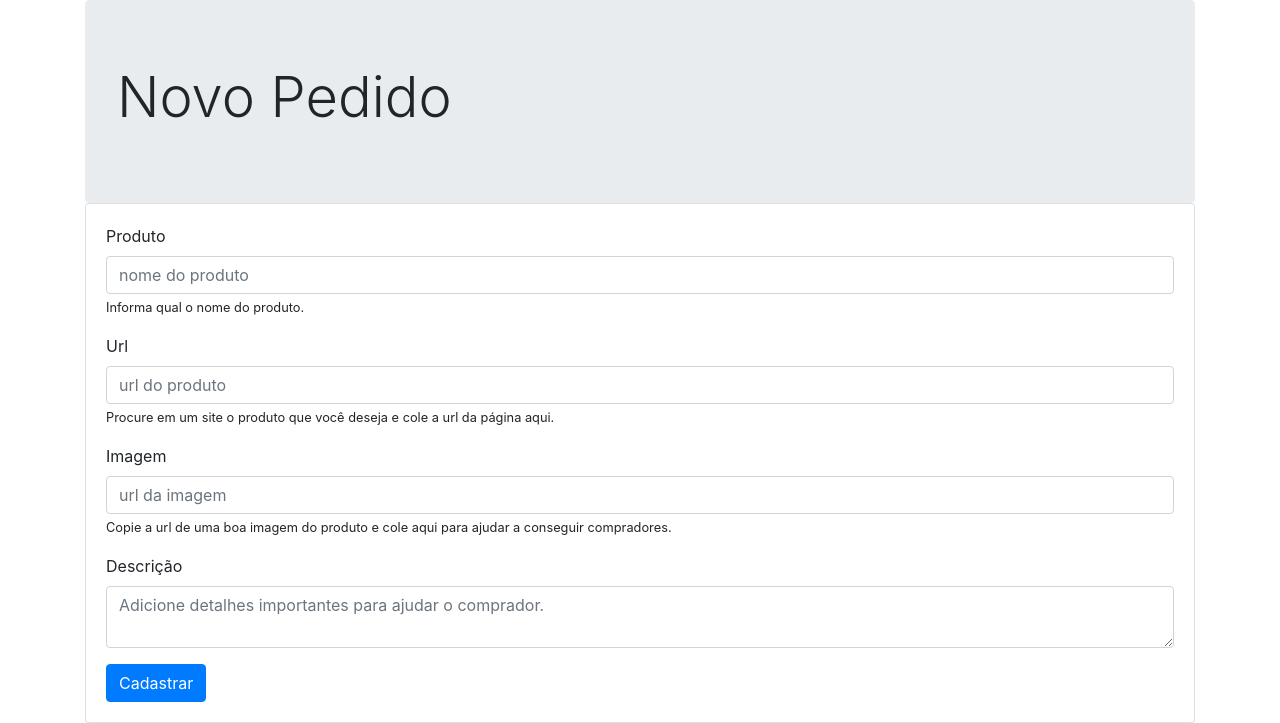
Repository: BrunoMreis/Spring-MVC-Crie-um-web-app-com-Thymeleaf-e-Bootstrap
Page: http://localhost/pedido/formulario
These files come from the project's save history. The page is drawn as it stood at one moment and after the next save; the edit follows.
The browser window is 1280 px wide. The pictures show the whole page.
The page is this project's Thymeleaf template; nobody is signed in. The template is opened directly, without the code that normally fills it, so the values that code supplies are empty.

Above is the page before, as saved 2020-10-15 15:12:58.

After the next save:
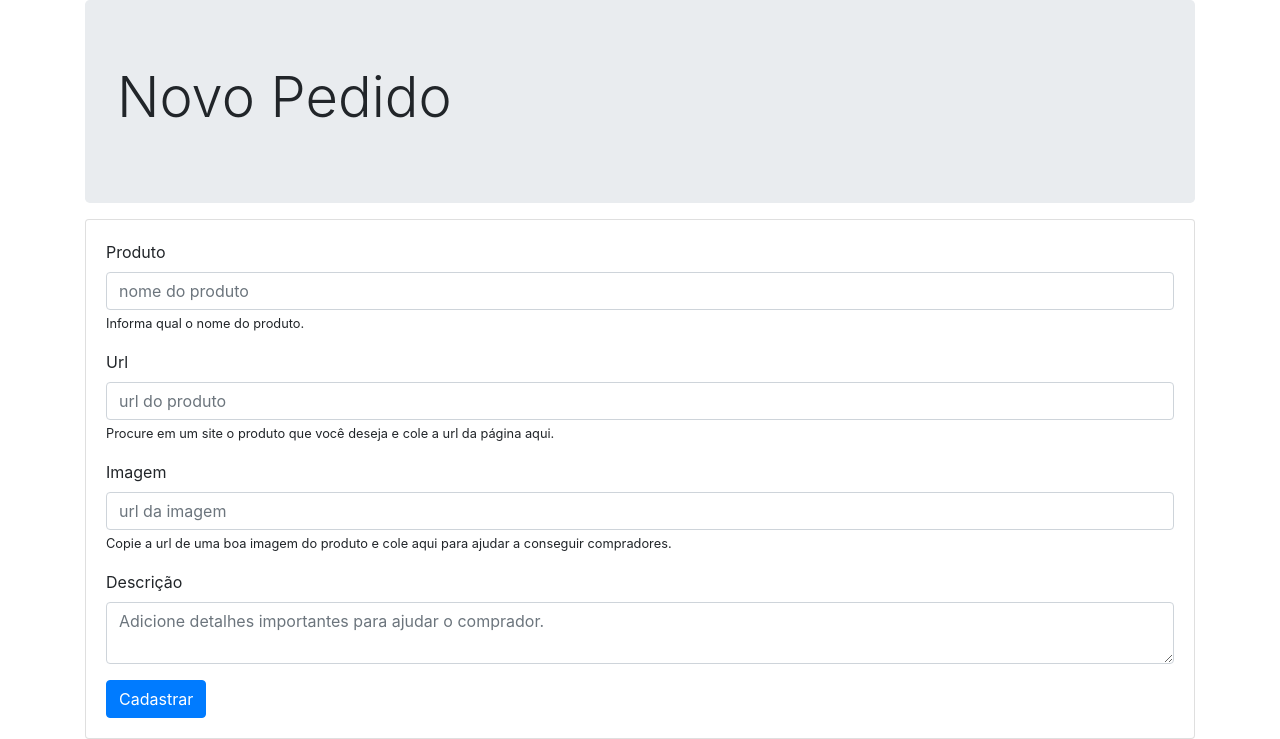
Saved 22 s later.
--- a/mundi/src/main/resources/templates/pedido/formulario.html
+++ b/mundi/src/main/resources/templates/pedido/formulario.html
@@ -14,7 +14,7 @@
 			<h1 class="display-4">Novo Pedido</h1>
 		</div>
 
-		<div class="card mt=3">
+		<div class="card mt-3">
 			<div class="card-body">
 				<form th:object="${requisicaoNovoPedido}" action="/pedido/novo"
 					method="POST">
